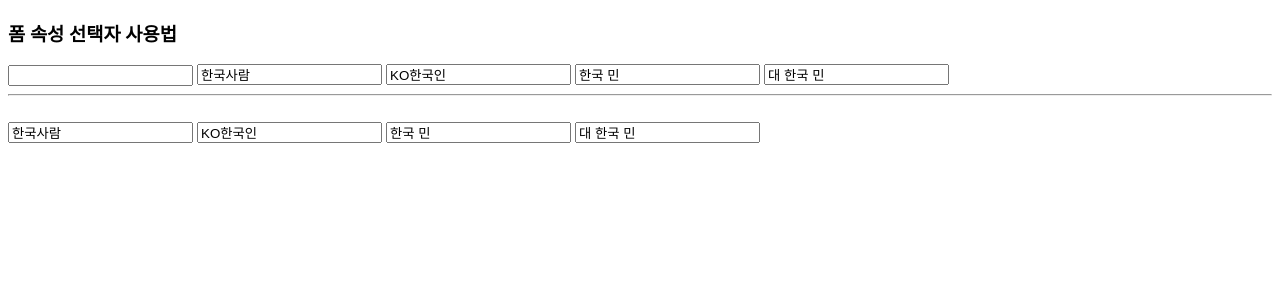
Repository: skybluelion/KB
Page: KB/work05_front/front05_JQuery/src/main/webapp/1_selector/jq02_selector_template.html
These files come from the project's save history. The page is drawn as it stood at one moment and after the next save; the edit follows.
The browser window is 1280 px wide. The pictures show the whole page.

Above is the page before, as saved 2023-04-12 08:22:55.

### KB/work05_front/front05_JQuery/src/main/webapp/1_selector/jq02_selector_template.html
<!--
form 태그의 속성을 선택자로 지정하는 방법
::
tagname[name=value]
 -->
<!DOCTYPE html>
<html>
<head>
<meta charset="UTF-8">
<title>Insert title here</title>
<script src="https://ajax.googleapis.com/ajax/libs/jquery/3.6.0/jquery.min.js"></script>
<script>
	//val()함수는 javascpipt에서 value와 동일 / 폼값 받아오거나 폼에 값 입력
	$('input[type=text]').val("Hello JQuery.");

	$('input[name=한국]').css('background','yellow');
	//한국이라는 단어가 포함된 선택자 모두 지정
	$('input[name*=한국]').css('background','yellow');
	//KO로 시작하는 단어를 지정
	$('input[value^=KO]').css('background','pink');
	//사람으로 끝나는 단어를 지정
	$('input[value$=사람]').css('background','orange');

</script>
</head>
<body>
<h3> 폼 속성 선택자 사용법</h3>
<input type="text">
<input name="한국" value="한국사람">
<input name="한국인" value="KO한국인">
<input name="한국 민" value="한국 민">
<input name="대 한국 민" value="대 한국 민">

<br><hr><br>


<input id="한국" value="한국사람">
<input id="한국인" value="KO한국인">
<input id="한국 민" value="한국 민">
<input id="대 한국 민" value="대 한국 민">
</body>
</html>

After the next save:
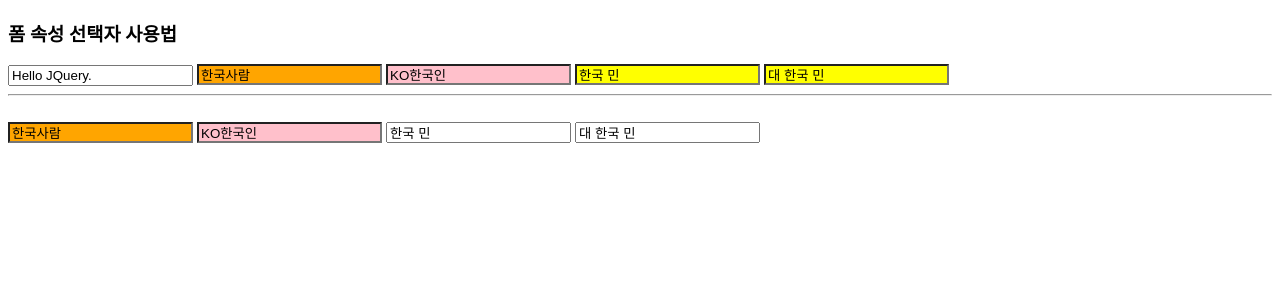
Saved 54 s later.
--- a/KB/work05_front/front05_JQuery/src/main/webapp/1_selector/jq02_selector_template.html
+++ b/KB/work05_front/front05_JQuery/src/main/webapp/1_selector/jq02_selector_template.html
@@ -11,15 +11,19 @@ tagname[name=value]
 <script src="https://ajax.googleapis.com/ajax/libs/jquery/3.6.0/jquery.min.js"></script>
 <script>
 	//val()함수는 javascpipt에서 value와 동일 / 폼값 받아오거나 폼에 값 입력
-	$('input[type=text]').val("Hello JQuery.");
 
-	$('input[name=한국]').css('background','yellow');
-	//한국이라는 단어가 포함된 선택자 모두 지정
-	$('input[name*=한국]').css('background','yellow');
-	//KO로 시작하는 단어를 지정
-	$('input[value^=KO]').css('background','pink');
-	//사람으로 끝나는 단어를 지정
-	$('input[value$=사람]').css('background','orange');
+	$(function() {
+		$('input[type=text]').val("Hello JQuery.");
+
+		$('input[name=한국]').css('background','yellow');
+		//한국이라는 단어가 포함된 선택자 모두 지정
+		$('input[name*=한국]').css('background','yellow');
+		//KO로 시작하는 단어를 지정
+		$('input[value^=KO]').css('background','pink');
+		//사람으로 끝나는 단어를 지정
+		$('input[value$=사람]').css('background','orange');
+
+	});
 
 </script>
 </head>
